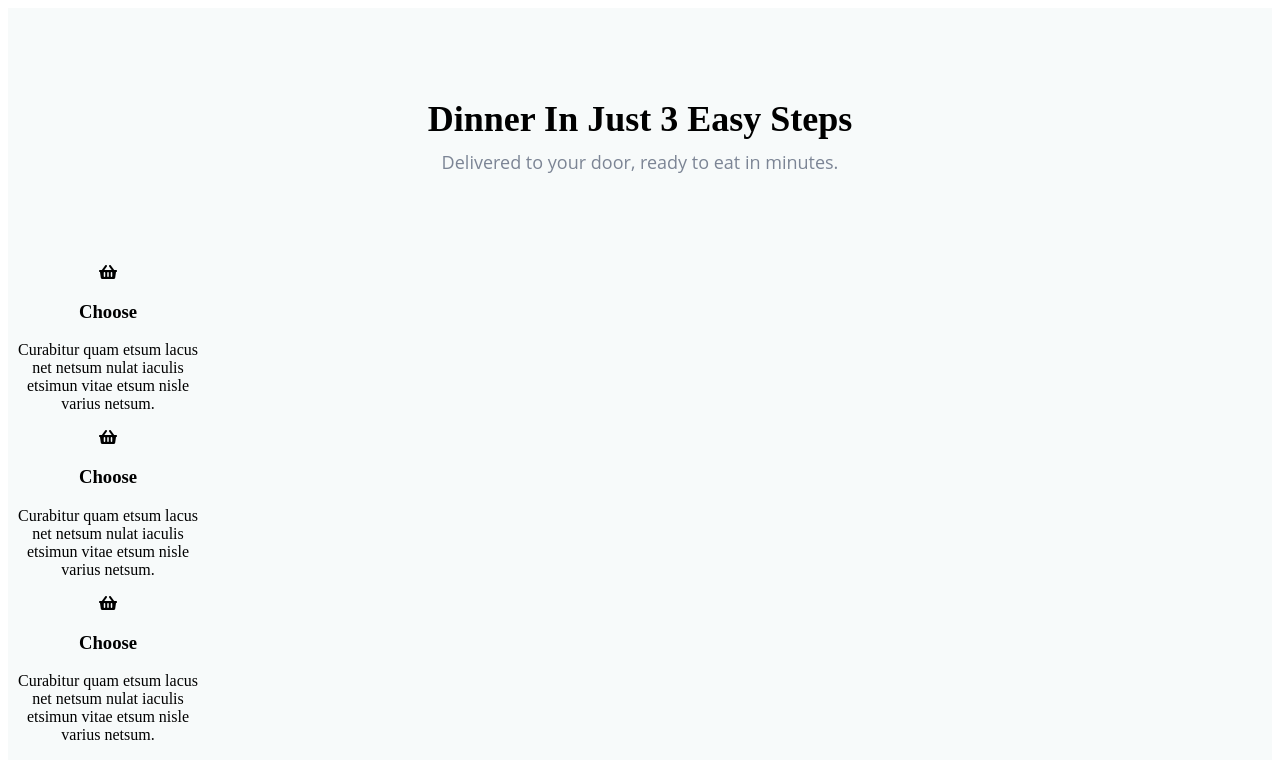
Repository: ST-United-Internship/leadpage
Page: icons-UI.html
An editor plug-in stored every save of this project. The page is shown before and after the next save, followed by the edit.
The browser window is 1280 px wide. The pictures show the whole page.

Above is the page before, as saved 2023-03-15 09:58:26.

### icons-UI.html
<!DOCTYPE html>
<html lang="en">
<head>
    <meta charset="UTF-8">
    <meta http-equiv="X-UA-Compatible" content="IE=edge">
    <meta name="viewport" content="width=device-width, initial-scale=1.0">
    <title>Document</title>
    <link rel="stylesheet" href="css/icons-UI.css">
    <link rel="stylesheet" href="https://use.fontawesome.com/releases/v5.15.4/css/all.css" integrity="sha384-DyZ88mC6Up2uqS4h/KRgHuoeGwBcD4Ng9SiP4dIRy0EXTlnuz47vAwmeGwVChigm" crossorigin="anonymous"/>
</head>
<body>
    <div class="about">
        <div class="title-text">
            <h2>Dinner In Just 3 Easy Steps</h2>
            <p>Delivered to your door, ready to eat in minutes.</p>
        </div>
        <div class="icons-warapper">
            <div class="icon-1">
                <div class="main">
                    <i class="fas fa-shopping-basket"></i>
                    <h3>Choose</h3>
                    <p>Curabitur quam etsum lacus net netsum nulat iaculis etsimun vitae etsum nisle varius netsum.</p>
                </div>
                <div class="main">
                    <i class="fas fa-shopping-basket"></i>
                    <h3>Choose</h3>
                    <p>Curabitur quam etsum lacus net netsum nulat iaculis etsimun vitae etsum nisle varius netsum.</p>
                </div>
                <div class="main">
                    <i class="fas fa-shopping-basket"></i>
                    <h3>Choose</h3>
                    <p>Curabitur quam etsum lacus net netsum nulat iaculis etsimun vitae etsum nisle varius netsum.</p>
                </div>
            </div>
            <div></div>
            <div></div>
        </div>
    </div>
</body>
</html>

### css/icons-UI.css
.about{
    background-color: #f7fafa;
}

.about .title-text{
    text-align: center;
    padding: 90px;
}

.about .title-text h2{
    font-size: 36px;
    margin: 0px 0px 10px 0px;
}

.about .title-text p{
    font-size: 18px;
    font-family: 'Open Sans', sans-serif;
    margin: 0;
    font-weight: 400;
    color: #7c8595;
}

.about .icons-warapper{
    display: flex;
}

.about .icons-warapper .main p{
    width: 200px;
}

.about .icons-warapper .main{
    text-align: center;
}

After the next save:
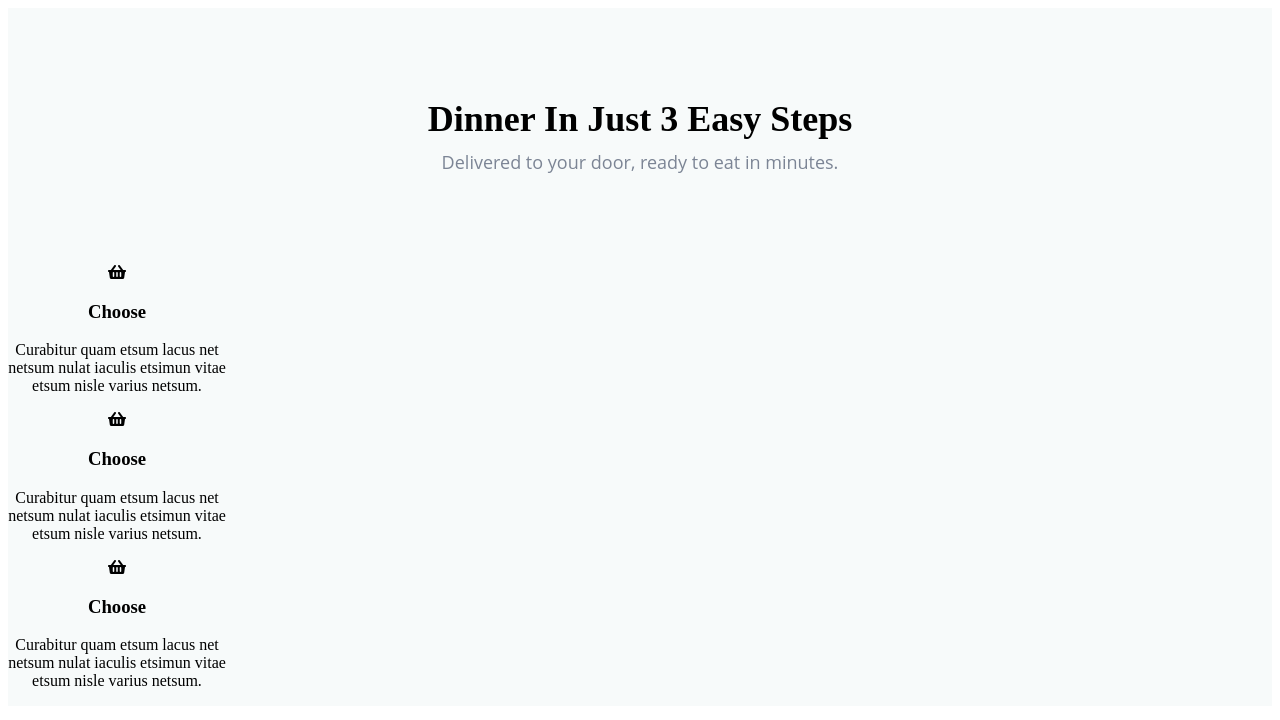
Saved 50 s later.
--- a/css/icons-UI.css
+++ b/css/icons-UI.css
@@ -25,7 +25,7 @@
 }
 
 .about .icons-warapper .main p{
-    width: 200px;
+    width: 218px;
 }
 
 .about .icons-warapper .main{
